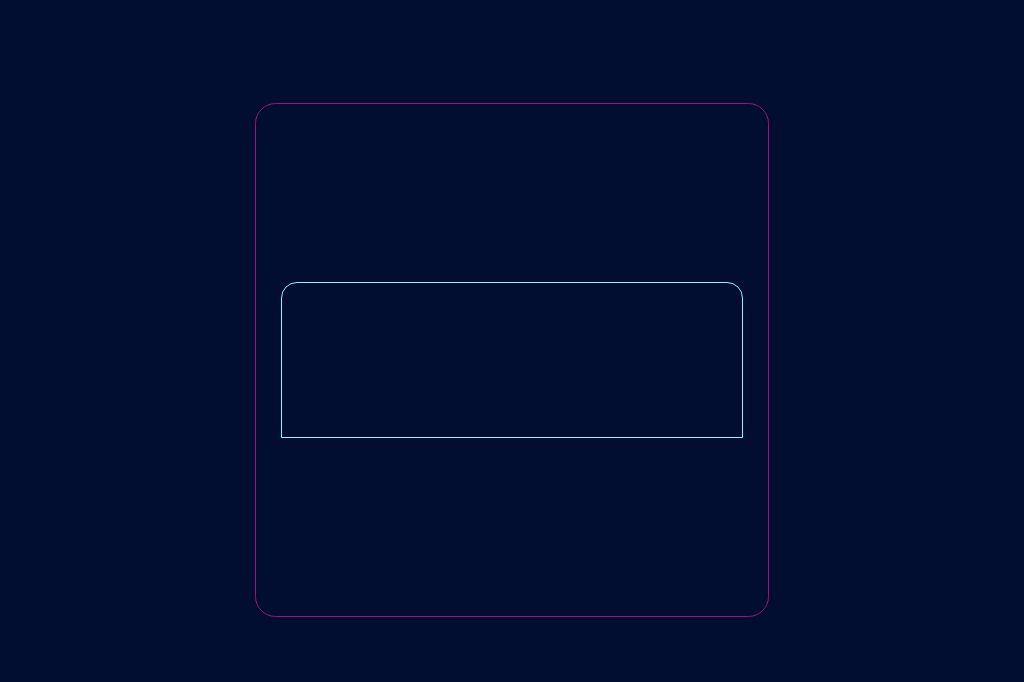
Repository: 2001mariana/Calculator_react
Page: /
The author's editor kept a copy of each file at every save. The page is drawn from the files as they stood at one save, then again after a run of saves.
The browser window is 1024 px wide. The pictures show the whole page.
The project was rebuilt for these pictures with package versions that can differ from the ones it lists, and the page was loaded fresh each time.

Above is the page before, as saved 2023-02-06 17:32:48.

### src/index.tsx
import React from "react";
import ReactDOM from "react-dom/client";

import App from "./App";
import reportWebVitals from "./reportWebVitals";

import "./index.css";

const root = ReactDOM.createRoot(
  document.getElementById("root") as HTMLElement
);
root.render(
  <React.StrictMode>
    <App />
  </React.StrictMode>
);

reportWebVitals();

### src/App.tsx
import "./App.css";

function App() {
  return (
    <div className="Calculator">
      <div className="Calculator__body">
        <div className="Calculator__screen"></div>
      </div>
    </div>
  );
}

export default App;

### src/App.css
.Calculator {
  background-color: #020e31;
  height: 100vh;
  display: flex;
  justify-content: center;
  align-items: center;
}

.Calculator__body {
  height: 50vh;
  width: 40vw;
  border-radius: 4%;
  border: 1px solid #9e1379;
  display: flex;
  flex-direction: column;
  justify-content: center;
  align-items: center;
}

.Calculator__screen {
  border: 1px solid #92F4F4;
  height: 30%;
  width: 90%;
  border-radius: 16px 16px 0 0;
}

@media (max-width: 1200px) {
  .Calculator__body {
    height: 50vw;
  }
}

@media (max-width: 1100px) {
  .Calculator__body {
    width: 50vw;
  }
}

@media (max-width: 1000px) {
  .Calculator__body {
    width: 55vw;
  }
}

@media (max-width: 900px) {
  .Calculator__body {
    width: 60vw;
  }
}

@media (max-width: 800px) {
  .Calculator__body {
    width: 70vw;
  }
}

@media (max-width: 680px) {
  .Calculator__body {
    width: 80vw;
  }
}

@media (max-width: 560px) {
  .Calculator__body {
    width: 90vw;
  }
}

Loaded but not shown: public/index.html (common file); src/reportWebVitals.ts (common file); src/index.css (common file)

After the next 3 saves:
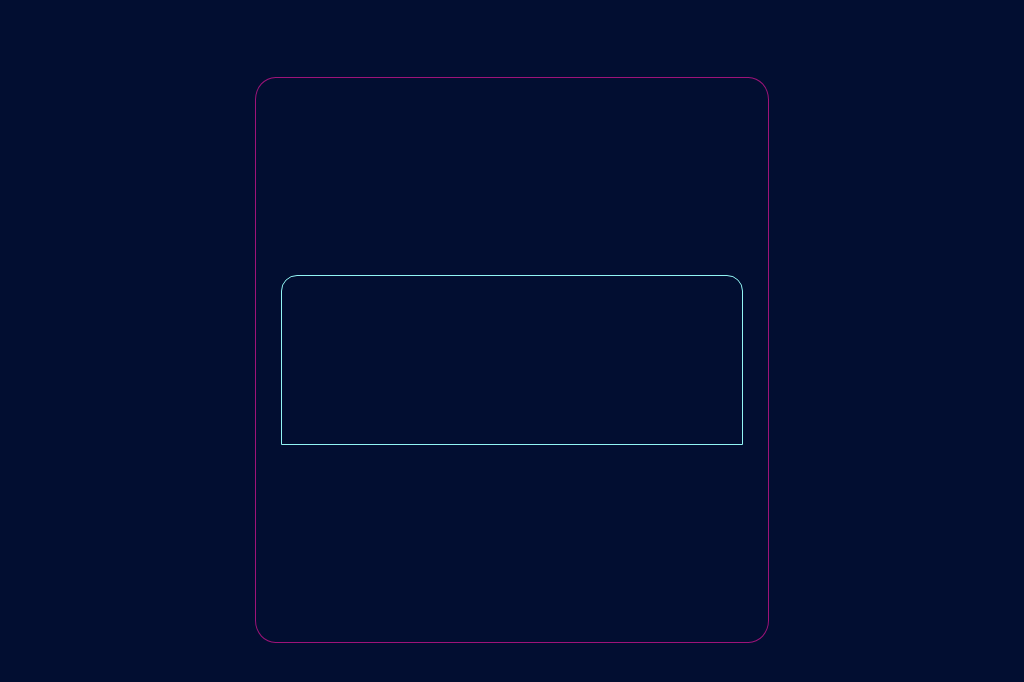
The 3 saves are shown as one change because they came seconds apart.
The last was saved 8 s later.
--- a/src/App.css
+++ b/src/App.css
@@ -26,7 +26,7 @@
 
 @media (max-width: 1200px) {
   .Calculator__body {
-    height: 50vw;
+    height: 55vw;
   }
 }
 
